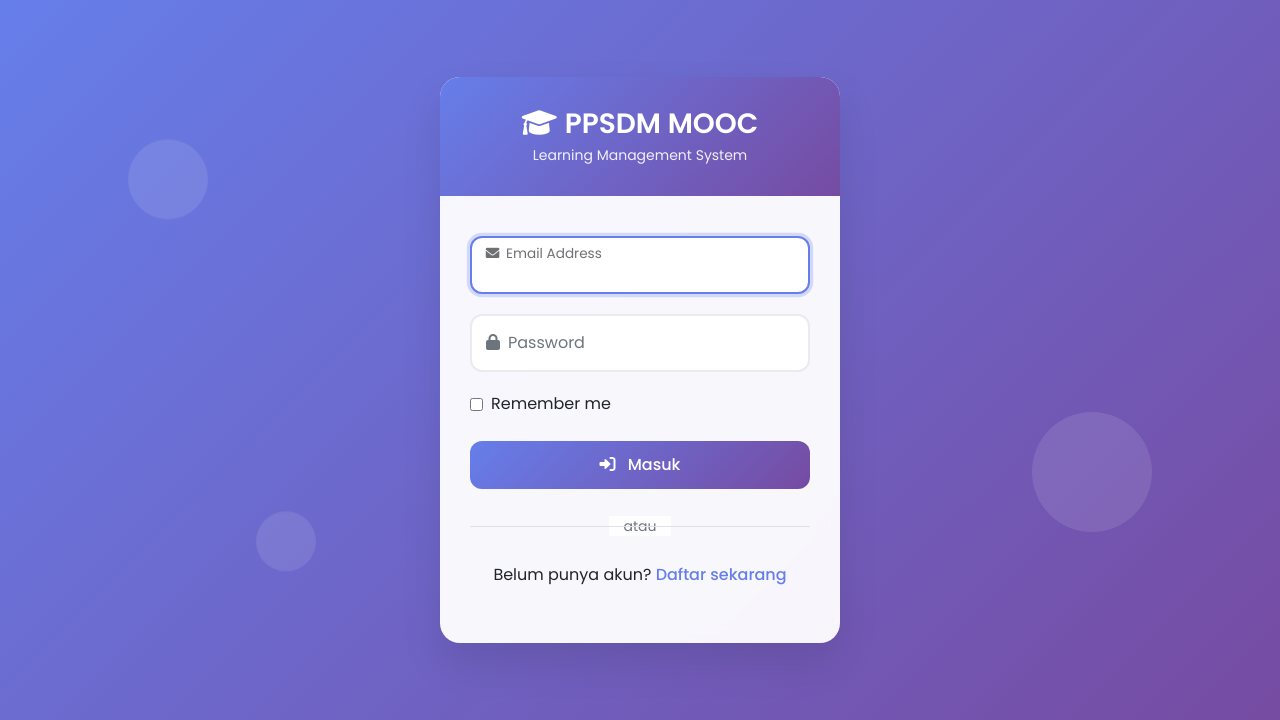
Repository: Autofat/LMS-MOOC
Page: http://localhost/login
The author's editor kept a copy of each file at every save. The page is drawn from the files as they stood at one save, then again after the next save.
The browser window is 1280 px wide. The pictures show the whole page.
The page is served by the project's Laravel application, run on PHP 8.4 with Laravel 12. Other server files are loaded and not shown.

Above is the page before, as saved 2025-08-01 09:58:35.

### routes/web.php
<?php

use Illuminate\Support\Facades\Route;
use Illuminate\Support\Facades\Http;
use App\Http\Controllers\QuestionController;
use App\Http\Controllers\MaterialController;
use App\Http\Controllers\AuthController;

// Redirect root to login
Route::get('/', function () {
    return redirect()->route('login');
});

// Authentication Routes
Route::middleware('guest')->group(function () {
    Route::get('/login', [AuthController::class, 'showLoginForm'])->name('login');
    Route::post('/login', [AuthController::class, 'login']);
    Route::get('/register', [AuthController::class, 'showRegisterForm'])->name('register');
    Route::post('/register', [AuthController::class, 'register']);
});

Route::post('/logout', [AuthController::class, 'logout'])->name('logout')->middleware('auth');

// Protected Routes - Require Authentication
Route::middleware('auth')->group(function () {
    // Material Routes
    Route::get('/materials', [MaterialController::class, 'index'])->name('materials.index');
    Route::get('/materials/create', [MaterialController::class, 'create'])->name('materials.create');
    Route::post('/materials', [MaterialController::class, 'store'])->name('materials.store');
    Route::get('/materials/{id}', [MaterialController::class, 'show'])->name('materials.show');
    Route::get('/materials/{id}/edit', [MaterialController::class, 'edit'])->name('materials.edit');
    Route::put('/materials/{id}', [MaterialController::class, 'update'])->name('materials.update');
    Route::delete('/materials/{id}', [MaterialController::class, 'destroy'])->name('materials.destroy');
    Route::get('/materials/{id}/download', [MaterialController::class, 'download'])->name('materials.download');
    Route::get('/materials/{id}/questions', [MaterialController::class, 'questions'])->name('materials.questions');

    // Generate Questions with n8n
    Route::post('/materials/{id}/generate-questions', [MaterialController::class, 'generateQuestions'])->name('materials.generate-questions');
    Route::post('/materials/{id}/generate-questions-async', [MaterialController::class, 'generateQuestionsAsync'])->name('materials.generate-questions-async');
    Route::get('/materials/{id}/test-n8n', [MaterialController::class, 'testN8nConnection'])->name('materials.test-n8n');

    // Form Manual Input
    Route::get('/questions/create', [QuestionController::class, 'create'])->name('questions.create');
    Route::post('/questions', [QuestionController::class, 'store'])->name('questions.store');

    // Manage and Edit Questions
    Route::get('/questions/manage', [QuestionController::class, 'manage'])->name('questions.manage');
    Route::get('/questions/{id}/edit', [QuestionController::class, 'edit'])->name('questions.edit');
    Route::put('/questions/{id}', [QuestionController::class, 'update'])->name('questions.update');
    Route::delete('/questions/{id}', [QuestionController::class, 'destroy'])->name('questions.destroy');
});

// Debug route for testing n8n connection (protected)
Route::middleware('auth')->get('/test-n8n-connection', function () {
    try {
        $testData = [
            'action' => 'test_connection',
            'timestamp' => now()->toISOString(),
            'message' => 'Laravel connection test'
        ];

        $n8nUrl = env('N8N_GENERATE_QUESTIONS_URL', 'http://localhost:5678/webhook/generate-questions');

        $response = Http::timeout(120)
            ->retry(2, 100)
            ->withOptions([
                'verify' => false,
                'allow_redirects' => true,
                'http_errors' => false
            ])
            ->post($n8nUrl, $testData);

        return response()->json([
            'success' => true,
            'message' => 'n8n connection test completed',
            'url' => $n8nUrl,
            'request_data' => $testData,
            'response' => [
                'status' => $response->status(),
                'headers' => $response->headers(),
                'body' => $response->body(),
                'successful' => $response->successful()
            ]
        ]);

    } catch (\Exception $e) {
        return response()->json([
            'success' => false,
            'error' => $e->getMessage(),
            'error_class' => get_class($e)
        ], 500);
    }
})->name('test.n8n.connection');

### app/Http/Controllers/AuthController.php
<?php

namespace App\Http\Controllers;

use Illuminate\Http\Request;
use Illuminate\Support\Facades\Auth;
use Illuminate\Support\Facades\Hash;
use Illuminate\Support\Facades\Validator;
use App\Models\User;

class AuthController extends Controller
{
    /**
     * Show login form
     */
    public function showLoginForm()
    {
        return view('auth.login');
    }

    /**
     * Handle login request
     */
    public function login(Request $request)
    {
        $validator = Validator::make($request->all(), [
            'email' => 'required|email',
            'password' => 'required|min:6',
        ]);

        if ($validator->fails()) {
            return redirect()->back()
                ->withErrors($validator)
                ->withInput($request->only('email'));
        }

        $credentials = $request->only('email', 'password');
        $remember = $request->boolean('remember');

        if (Auth::attempt($credentials, $remember)) {
            $request->session()->regenerate();

            return redirect()->intended('/materials')
                ->with('success', 'Selamat datang kembali, ' . Auth::user()->name . '!');
        }

        return redirect()->back()
            ->withErrors(['email' => 'Email atau password salah.'])
            ->withInput($request->only('email'));
    }

    /**
     * Show registration form
     */
    public function showRegisterForm()
    {
        return view('auth.register');
    }

    /**
     * Handle registration request
     */
    public function register(Request $request)
    {
        $validator = Validator::make($request->all(), [
            'name' => 'required|string|max:255',
            'email' => 'required|string|email|max:255|unique:users',
            'password' => 'required|string|min:6|confirmed',
        ]);

        if ($validator->fails()) {
            return redirect()->back()
                ->withErrors($validator)
                ->withInput($request->only('name', 'email'));
        }

        $user = User::create([
            'name' => $request->name,
            'email' => $request->email,
            'password' => Hash::make($request->password),
        ]);

        Auth::login($user);

        return redirect('/materials')
            ->with('success', 'Akun berhasil dibuat! Selamat datang, ' . $user->name . '!');
    }

    /**
     * Handle logout request
     */
    public function logout(Request $request)
    {
        Auth::logout();

        $request->session()->invalidate();
        $request->session()->regenerateToken();

        return redirect('/login')
            ->with('success', 'Anda berhasil logout.');
    }
}

### resources/views/auth/login.blade.php
<!DOCTYPE html>
<html lang="id">
<head>
    <meta charset="utf-8">
    <meta name="viewport" content="width=device-width, initial-scale=1">
    <title>Login - Pembuatan Soal AI Generated PPSDM</title>

    <!-- Bootstrap CSS -->
    <link href="https://cdn.jsdelivr.net/npm/bootstrap@5.3.0/dist/css/bootstrap.min.css" rel="stylesheet">
    <!-- Font Awesome -->
    <link href="https://cdnjs.cloudflare.com/ajax/libs/font-awesome/6.0.0/css/all.min.css" rel="stylesheet">
    <!-- Google Fonts -->
    <link href="https://fonts.googleapis.com/css2?family=Poppins:wght@300;400;500;600;700&display=swap" rel="stylesheet">

    <style>
        body {
            font-family: 'Poppins', sans-serif;
            background: linear-gradient(135deg, #667eea 0%, #764ba2 100%);
            min-height: 100vh;
            display: flex;
            align-items: center;
            justify-content: center;
        }

        .login-container {
            max-width: 400px;
            width: 100%;
            margin: 20px;
        }

        .login-card {
            background: rgba(255, 255, 255, 0.95);
            backdrop-filter: blur(10px);
            border: none;
            border-radius: 20px;
            box-shadow: 0 20px 40px rgba(0, 0, 0, 0.1);
            overflow: hidden;
        }

        .login-header {
            background: linear-gradient(135deg, #667eea 0%, #764ba2 100%);
            color: white;
            padding: 30px 20px;
            text-align: center;
        }

        .login-header h2 {
            margin: 0;
            font-weight: 600;
            font-size: 28px;
        }

        .login-header p {
            margin: 5px 0 0 0;
            opacity: 0.9;
            font-size: 14px;
        }

        .login-body {
            padding: 40px 30px;
        }

        .form-floating {
            margin-bottom: 20px;
        }

        .form-floating > .form-control {
            border: 2px solid #e9ecef;
            border-radius: 12px;
            padding: 12px 15px;
            height: calc(3.5rem + 2px);
            transition: all 0.3s ease;
        }

        .form-floating > .form-control:focus {
            border-color: #667eea;
            box-shadow: 0 0 0 0.2rem rgba(102, 126, 234, 0.25);
        }

        .form-floating > label {
            padding: 1rem 15px;
            color: #6c757d;
        }

        .btn-login {
            background: linear-gradient(135deg, #667eea 0%, #764ba2 100%);
            border: none;
            border-radius: 12px;
            padding: 12px 30px;
            font-weight: 500;
            font-size: 16px;
            transition: all 0.3s ease;
            width: 100%;
        }

        .btn-login:hover {
            transform: translateY(-2px);
            box-shadow: 0 10px 20px rgba(102, 126, 234, 0.3);
        }

        .remember-me {
            display: flex;
            align-items: center;
            margin-bottom: 25px;
        }

        .remember-me input[type="checkbox"] {
            margin-right: 8px;
            accent-color: #667eea;
        }

        .divider {
            text-align: center;
            margin: 25px 0;
            position: relative;
        }

        .divider::before {
            content: '';
            position: absolute;
            top: 50%;
            left: 0;
            right: 0;
            height: 1px;
            background: #dee2e6;
        }

        .divider span {
            background: rgba(255, 255, 255, 0.95);
            padding: 0 15px;
            color: #6c757d;
            font-size: 14px;
        }

        .register-link {
            text-align: center;
            margin-top: 20px;
        }

        .register-link a {
            color: #667eea;
            text-decoration: none;
            font-weight: 500;
            transition: color 0.3s ease;
        }

        .register-link a:hover {
            color: #764ba2;
        }

        .alert {
            border: none;
            border-radius: 12px;
            margin-bottom: 20px;
        }

        .alert-danger {
            background-color: #f8d7da;
            color: #721c24;
        }

        .alert-success {
            background-color: #d1edff;
            color: #0c5460;
        }

        .floating-shapes {
            position: fixed;
            top: 0;
            left: 0;
            width: 100%;
            height: 100%;
            pointer-events: none;
            z-index: -1;
        }

        .shape {
            position: absolute;
            background: rgba(255, 255, 255, 0.1);
            border-radius: 50%;
            animation: float 6s ease-in-out infinite;
        }

        .shape:nth-child(1) {
            width: 80px;
            height: 80px;
            top: 20%;
            left: 10%;
            animation-delay: 0s;
        }

        .shape:nth-child(2) {
            width: 120px;
            height: 120px;
            top: 60%;
            right: 10%;
            animation-delay: 2s;
        }

        .shape:nth-child(3) {
            width: 60px;
            height: 60px;
            bottom: 20%;
            left: 20%;
            animation-delay: 4s;
        }

        @keyframes float {
            0%, 100% {
                transform: translateY(0px);
            }
            50% {
                transform: translateY(-20px);
            }
        }

        .loading {
            display: none;
        }

        .btn-login.loading {
            pointer-events: none;
        }

        .btn-login.loading .spinner {
            display: inline-block;
        }

        .spinner {
            display: none;
            width: 16px;
            height: 16px;
            border: 2px solid transparent;
            border-top: 2px solid white;
            border-radius: 50%;
            animation: spin 1s linear infinite;
            margin-right: 8px;
        }

        @keyframes spin {
            0% { transform: rotate(0deg); }
            100% { transform: rotate(360deg); }
        }
    </style>
</head>
<body>
    <!-- Floating Shapes Background -->
    <div class="floating-shapes">
        <div class="shape"></div>
        <div class="shape"></div>
        <div class="shape"></div>
    </div>

    <div class="login-container">
        <div class="card login-card">
            <!-- Header -->
            <div class="login-header">
                <h2><i class="fas fa-graduation-cap me-2"></i>PPSDM MOOC</h2>
                <p>Learning Management System</p>
            </div>

            <!-- Body -->
            <div class="login-body">
                <!-- Success Message -->
                @if(session('success'))
                    <div class="alert alert-success">
                        <i class="fas fa-check-circle me-2"></i>
                        {{ session('success') }}
                    </div>
                @endif

                <!-- Error Messages -->
                @if($errors->any())
                    <div class="alert alert-danger">
                        <i class="fas fa-exclamation-circle me-2"></i>
                        @foreach($errors->all() as $error)
                            {{ $error }}<br>
                        @endforeach
                    </div>
                @endif

                <!-- Login Form -->
                <form method="POST" action="{{ route('login') }}" id="loginForm">
                    @csrf

                    <!-- Email -->
                    <div class="form-floating">
                        <input type="email"
                               class="form-control"
                               id="email"
                               name="email"
                               placeholder="name@example.com"
                               value="{{ old('email') }}"
                               required>
                        <label for="email">
                            <i class="fas fa-envelope me-2"></i>Email Address
                        </label>
                    </div>

                    <!-- Password -->
                    <div class="form-floating">
                        <input type="password"
                               class="form-control"
                               id="password"
                               name="password"
                               placeholder="Password"
                               required>
                        <label for="password">
                            <i class="fas fa-lock me-2"></i>Password
                        </label>
                    </div>

                    <!-- Remember Me -->
                    <div class="remember-me">
                        <input type="checkbox" id="remember" name="remember">
                        <label for="remember">Remember me</label>
                    </div>

                    <!-- Login Button -->
                    <button type="submit" class="btn btn-primary btn-login">
                        <span class="spinner"></span>
                        <i class="fas fa-sign-in-alt me-2"></i>
                        Masuk
                    </button>
                </form>

                <!-- Divider -->
                <div class="divider">
                    <span>atau</span>
                </div>

                <!-- Register Link -->
                <div class="register-link">
                    <p>Belum punya akun? <a href="{{ route('register') }}">Daftar sekarang</a></p>
                </div>
            </div>
        </div>
    </div>

    <!-- Bootstrap JS -->
    <script src="https://cdn.jsdelivr.net/npm/bootstrap@5.3.0/dist/js/bootstrap.bundle.min.js"></script>

    <script>
        // Loading animation on form submit
        document.getElementById('loginForm').addEventListener('submit', function() {
            const btn = document.querySelector('.btn-login');
            btn.classList.add('loading');
            btn.innerHTML = '<span class="spinner"></span>Sedang masuk...';
        });

        // Auto focus on first input
        document.addEventListener('DOMContentLoaded', function() {
            document.getElementById('email').focus();
        });

        // Enter key handling
        document.addEventListener('keypress', function(e) {
            if (e.key === 'Enter') {
                document.getElementById('loginForm').submit();
            }
        });
    </script>
</body>
</html>

Loaded but not shown: app/Http/Controllers/Controller.php (common file)

After the next save:
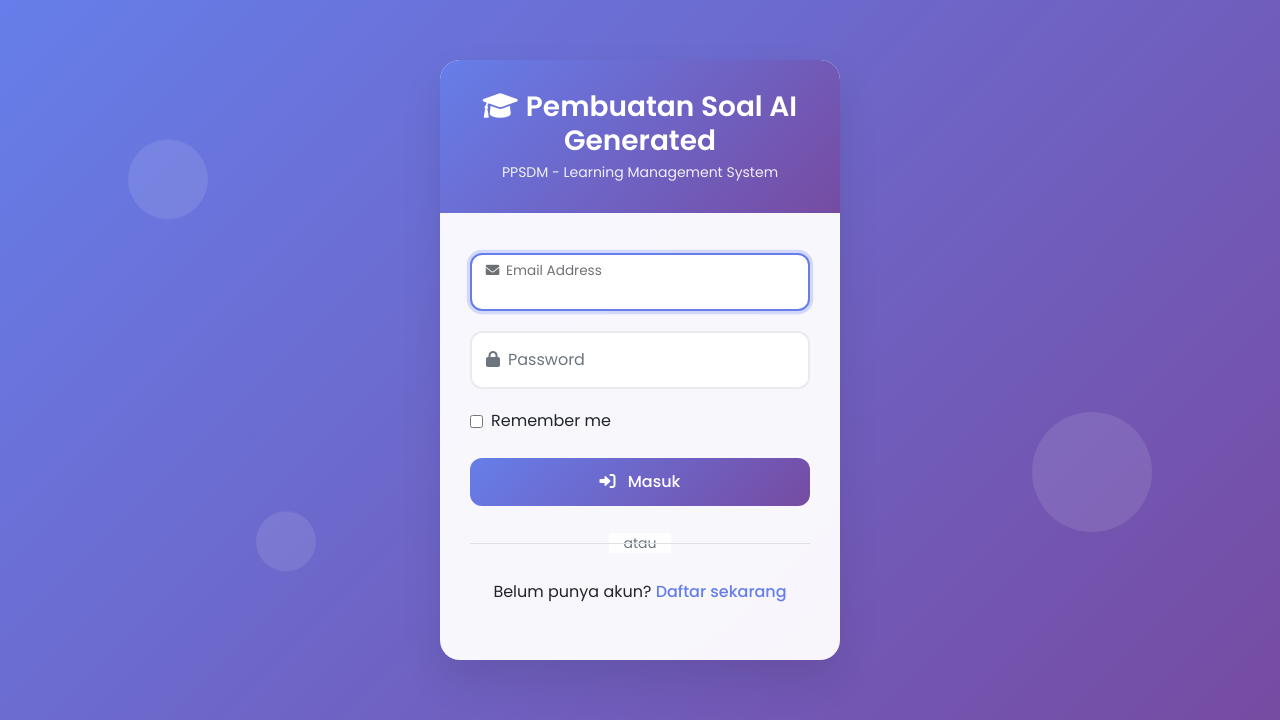
Saved 8 s later.
--- a/resources/views/auth/login.blade.php
+++ b/resources/views/auth/login.blade.php
@@ -255,8 +255,8 @@
         <div class="card login-card">
             <!-- Header -->
             <div class="login-header">
-                <h2><i class="fas fa-graduation-cap me-2"></i>PPSDM MOOC</h2>
-                <p>Learning Management System</p>
+                <h2><i class="fas fa-graduation-cap me-2"></i>Pembuatan Soal AI Generated</h2>
+                <p>PPSDM - Learning Management System</p>
             </div>
 
             <!-- Body -->
